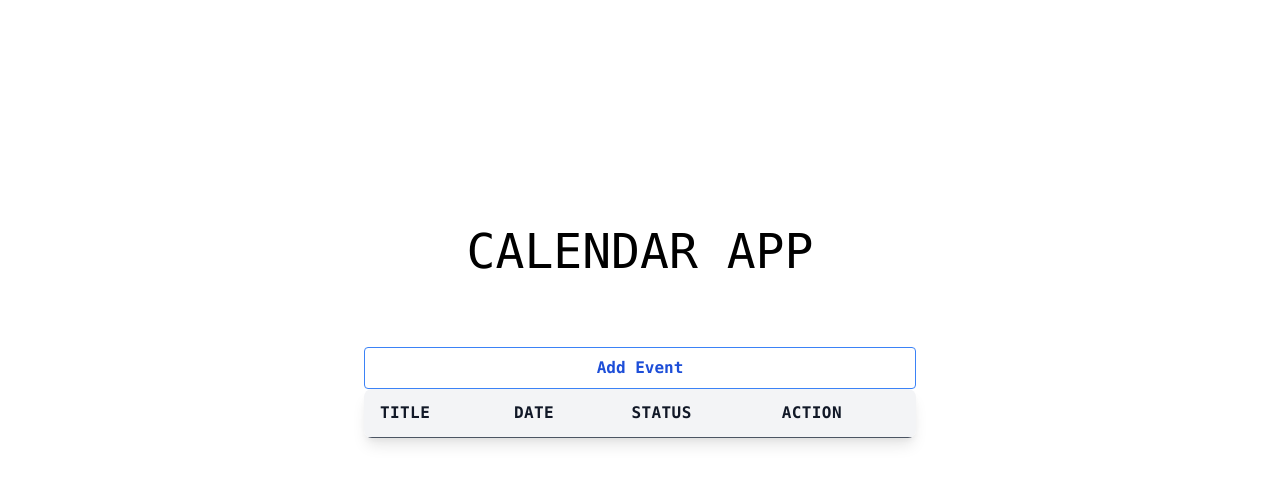
Repository: maikeru-desu/parking-lot
Page: / (app in parking-lot-fe/)
The author's editor kept a copy of each file at every save. The page is drawn from the files as they stood at one save, then again after the next save.
The browser window is 1280 px wide. The pictures show the whole page.
The page's requests for data from a server got no answer. The project was rebuilt for these pictures with package versions that can differ from the ones it lists, and the page was loaded fresh each time. No one was signed in, and anything a server would have sent is missing. Also part of the build but not shown: parking-lot-fe/craco.config.js, parking-lot-fe/src/pages/Add.js, parking-lot-fe/src/pages/Edit.js.

Above is the page before, as saved 2021-10-14 07:45:22.

After the next save:
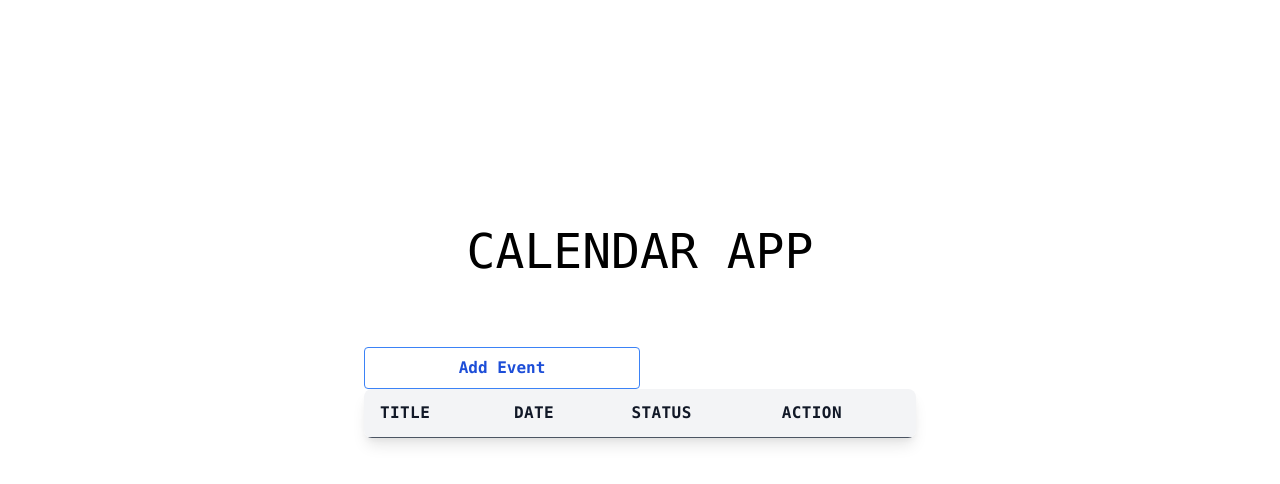
Saved 73 s later.
--- a/parking-lot-fe/src/pages/Home.js
+++ b/parking-lot-fe/src/pages/Home.js
@@ -20,8 +20,8 @@
 
     return (
         <section class="container mx-auto p-6">
-            <div class="flex items-center justify-between">
-                <button onClick={() => history.push("/add")} className="bg-transparent hover:bg-blue-500 text-blue-700 font-semibold hover:text-white py-2 px-4 border border-blue-500 hover:border-transparent rounded">
+            <div class="grid grid-cols-4">
+                <button onClick={() => history.push("/add")} className="col-span-2 bg-transparent hover:bg-blue-500 text-blue-700 font-semibold hover:text-white py-2 px-4 border border-blue-500 hover:border-transparent rounded">
                     Add Event
                 </button>
 

After the save that followed:
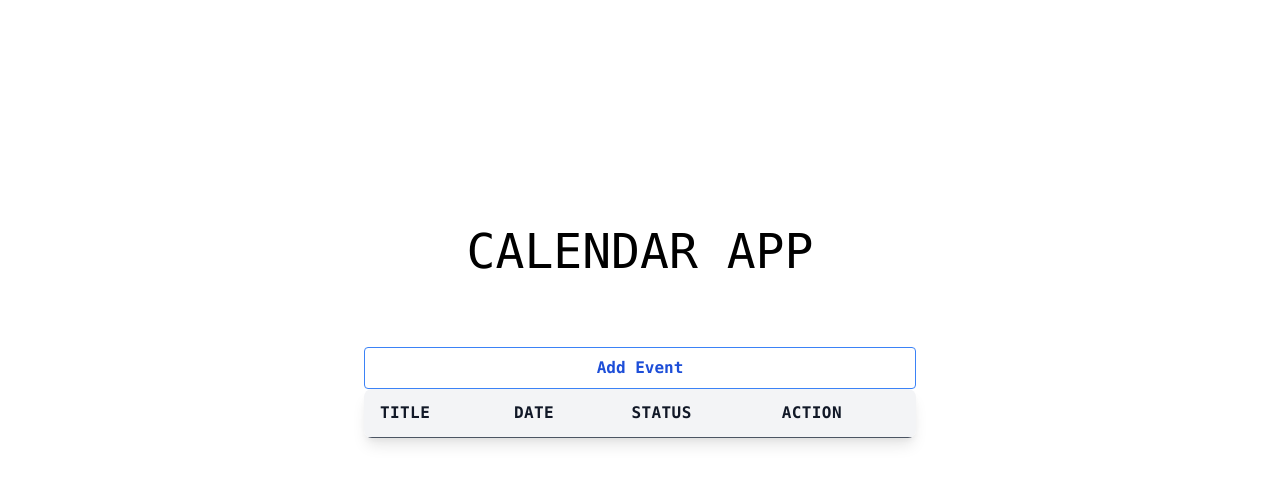
Saved 54 s later.
--- a/parking-lot-fe/src/pages/Home.js
+++ b/parking-lot-fe/src/pages/Home.js
@@ -20,7 +20,7 @@
 
     return (
         <section class="container mx-auto p-6">
-            <div class="grid grid-cols-4">
+            <div class="flex flex-wrap content-end">
                 <button onClick={() => history.push("/add")} className="col-span-2 bg-transparent hover:bg-blue-500 text-blue-700 font-semibold hover:text-white py-2 px-4 border border-blue-500 hover:border-transparent rounded">
                     Add Event
                 </button>
